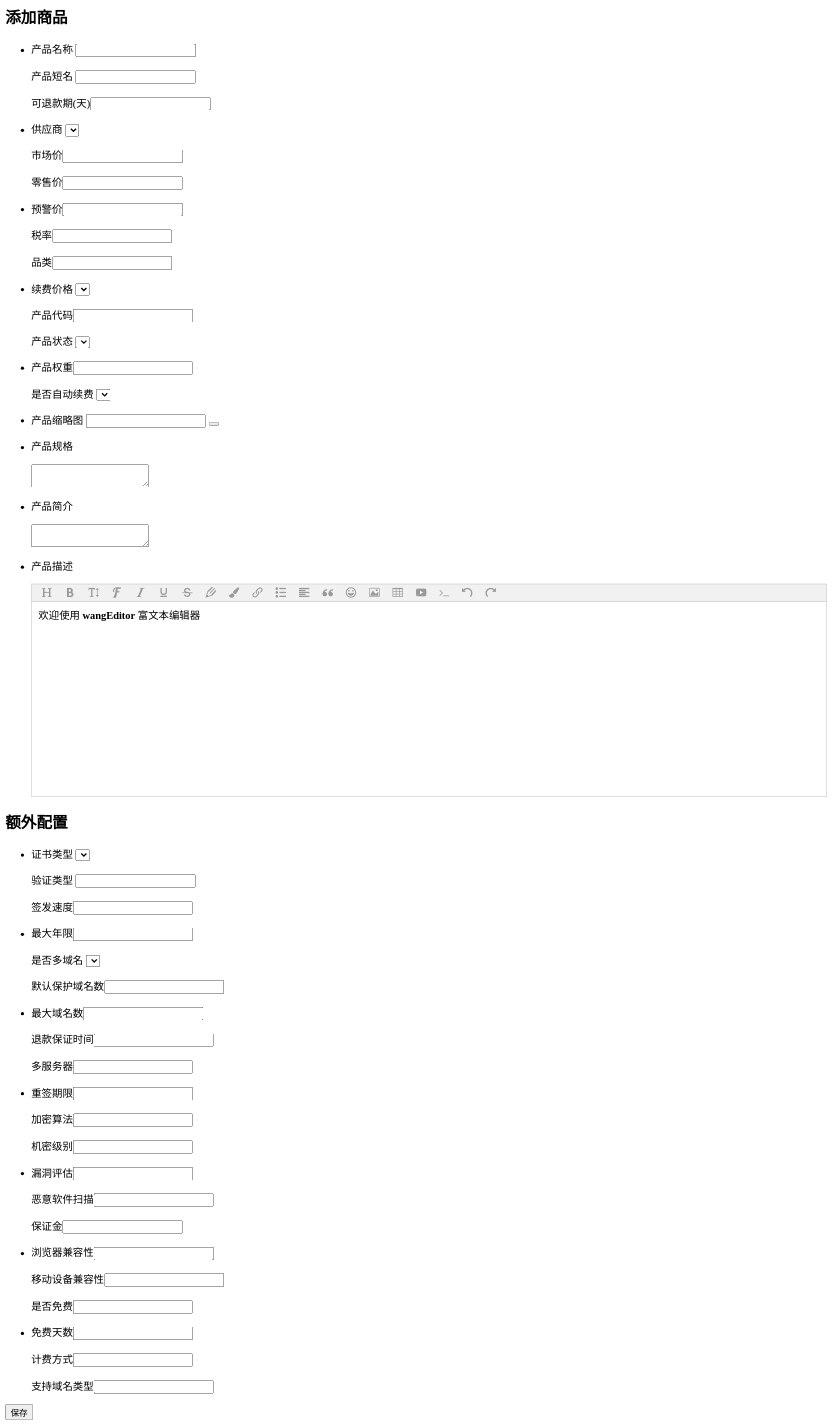
Repository: wangyan466393/racentSystem
Page: addProduct.html
These files come from the project's save history. The page is drawn as it stood at one moment and after the next save; the edit follows.
The browser window is 1280 px wide. The pictures show the whole page, at 65% of full size.

Above is the page before, as saved 2020-08-19 21:59:34.

### addProduct.html
<div id="content_box">
    <h2>添加商品</h2>
    <div class="config_box">
        <div class="price_content">
            <ul class="add_product_lists">
                <li>
                    <p>
                        <span>产品名称</span>
                        <input type="text" >
                    </p>
                    <p>
                        <span>产品短名</span>
                        <input type="text" >
                    </p>
                    <p>
                        <span>可退款期(天)</span><input type="number" >
                    </p>
                </li>
                <li>
                    <p>
                        <span>供应商</span>
                        <select name="" id="" class="sel">
                            <option value=""></option>
                        </select>
                    </p>
                    <p>
                        <span>市场价</span><input type="number" >
                    </p>
                    <p>
                        <span>零售价</span><input type="number" >
                    </p>
                </li>
                <li>
                    <p>
                        <span>预警价</span><input type="number" >
                    </p>
                    <p>
                        <span>税率</span><input type="number" >
                    </p>
                    <p>
                        <span>品类</span><input type="text" >
                    </p>
                </li>
                <li>
                    <p>
                        <span>续费价格</span>
                        <select name="" id="" class="sel">
                            <option value=""></option>
                        </select>
                    </p>
                    <p>
                        <span>产品代码</span><input type="text" >
                    </p>
                    <p>
                        <span>产品状态</span>
                        <select name="" id="" class="sel">
                            <option value=""></option>
                        </select>
                    </p>
                </li>
                <li>

                    <p>
                        <span>产品权重</span><input type="text">
                    </p>
                    <p>
                        <span>是否自动续费</span>
                        <select name="" id="" class="sel">
                            <option value=""></option>
                        </select>
                    </p>
                    <p><input type="hidden"></p>
                </li>
                <li>
                    <p class="thumb_box">
                        <span>产品缩略图</span>
                        <label class="input_group">
                            <input type="text" class="form-control">
                            <span class="input-group-btn">
                                <button type="button" class="btn"></button>
                            </span>
                        </label>
                    </p>
                </li>
                <li>
                    <p> <span>产品规格</span></p>
                    <textarea class="e_content description"></textarea>
                </li>
                <li>
                    <p> <span>产品简介</span></p>
                    <textarea class="e_content description"></textarea>

                </li>
                <li>
                    <p> <span>产品描述</span></p>
                    <div id="editor" style="width: 100%;">
                        <p>欢迎使用 <b>wangEditor</b> 富文本编辑器</p>
                    </div>

                </li>
            </ul>
        </div>
    </div>

    <h2>额外配置</h2>
    <div class="config_box">
        <div class="price_content">
            <ul class="add_product_lists">
                <li>
                    <p>
                        <span>证书类型</span>
                        <select name="" id="" class="sel">
                            <option value=""></option>
                        </select>
                    </p>
                    <p>
                        <span>验证类型</span>
                        <input type="text" >
                    </p>
                    <p>
                        <span>签发速度</span><input type="text" >
                    </p>
                </li>
                <li>

                    <p>
                        <span>最大年限</span><input type="text" >
                    </p>
                    <p>
                        <span>是否多域名</span>
                        <select name="" id="" class="sel">
                            <option value=""></option>
                        </select>
                    </p>
                    <p>
                        <span>默认保护域名数</span><input type="text" >
                    </p>
                </li>
                <li>
                    <p>
                        <span>最大域名数</span><input type="text" >
                    </p>
                    <p>
                        <span>退款保证时间</span><input type="text" >
                    </p>
                    <p>
                        <span>多服务器</span><input type="text" >
                    </p>
                </li>
                <li>
                    <p>
                        <span>重签期限</span><input type="text" >
                    </p>
                    <p>
                        <span>加密算法</span><input type="text" >
                    </p>
                    <p>
                        <span>机密级别</span><input type="text" >
                    </p>
                </li>
                <li>
                    <p>
                        <span>漏洞评估</span><input type="text" >
                    </p>
                    <p>
                        <span>恶意软件扫描</span><input type="text" >
                    </p>
                    <p>
                        <span>保证金</span><input type="text" >
                    </p>
                </li>
                <li>
                    <p>
                        <span>浏览器兼容性</span><input type="text" >
                    </p>
                    <p>
                        <span>移动设备兼容性</span><input type="text" >
                    </p>
                    <p>
                        <span>是否免费</span><input type="text" >
                    </p>
                </li>
                <li>
                    <p>
                        <span>免费天数</span><input type="text" >
                    </p>
                    <p>
                        <span>计费方式</span><input type="text" >
                    </p>
                    <p>
                        <span>支持域名类型</span><input type="text" >
                    </p>
                </li>
            </ul>
        </div>
    </div>
</div>
<div class="email_back_btn">
    <button type="button">保存</button>
</div>







<script src="js/wangEditor.min.js"></script>

<script>

    var E = window.wangEditor
    var editor = new E('#editor')
    // 或者 var editor = new E( document.getElementById('editor') )
    editor.customConfig.menus = [
        'head',  // 标题
        'bold',  // 粗体
        'fontSize',  // 字号
        'fontName',  // 字体
        'italic',  // 斜体
        'underline',  // 下划线
        'strikeThrough',  // 删除线
        'foreColor',  // 文字颜色
        'backColor',  // 背景颜色
        'link',  // 插入链接
        'list',  // 列表
        'justify',  // 对齐方式
        'quote',  // 引用
        'emoticon',  // 表情
        'image',  // 插入图片
        'table',  // 表格
        'video',  // 插入视频
        'code',  // 插入代码
        'undo',  // 撤销
        'redo'  // 重复
    ]
    editor.create()
</script>

Loaded but not shown: js/wangEditor.min.js (library)

After the next save:
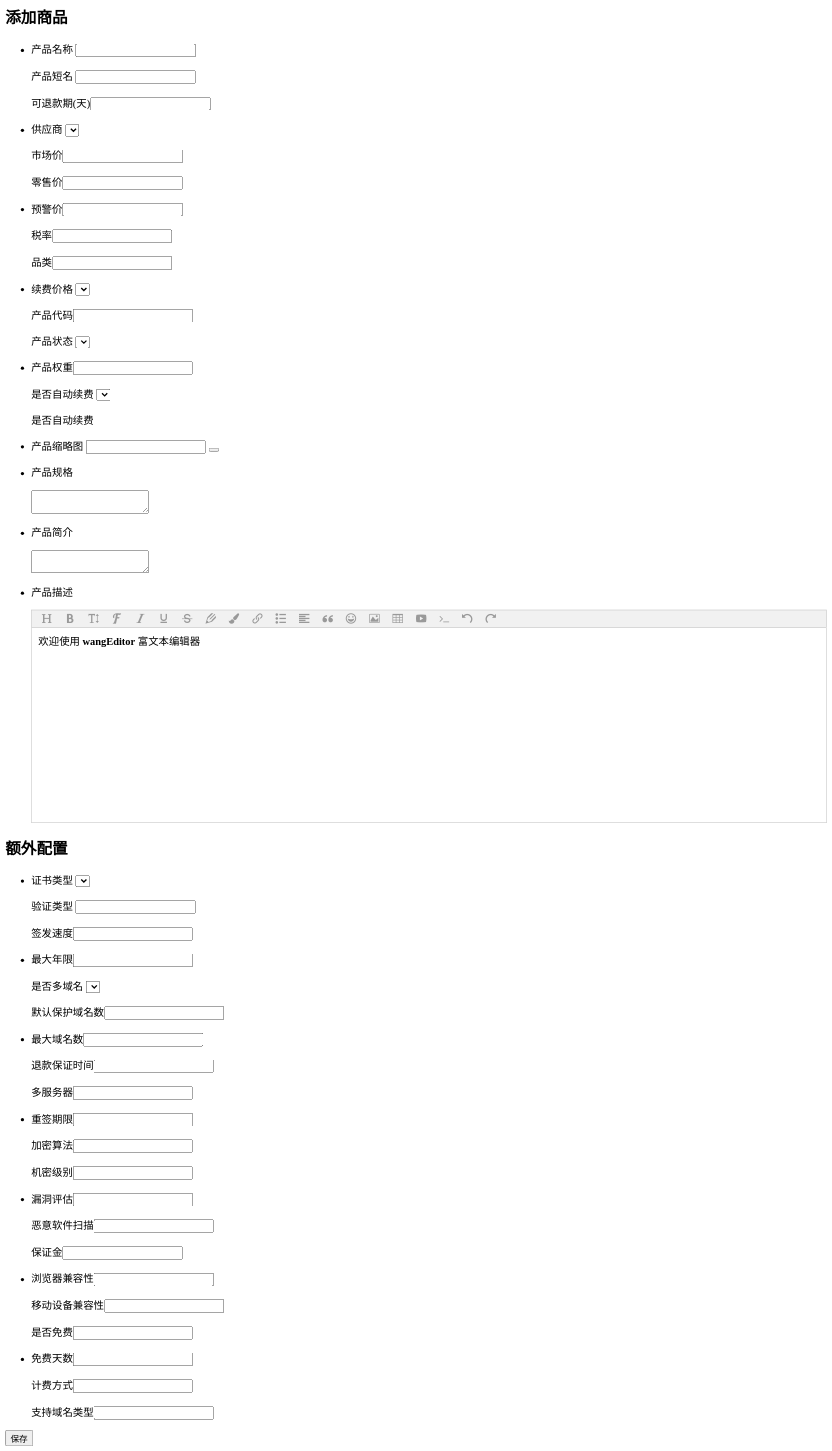
Saved 7 s later.
--- a/addProduct.html
+++ b/addProduct.html
@@ -69,7 +69,7 @@
                             <option value=""></option>
                         </select>
                     </p>
-                    <p><input type="hidden"></p>
+                    <p><span>是否自动续费</span><input type="hidden"></p>
                 </li>
                 <li>
                     <p class="thumb_box">

After the save that followed:
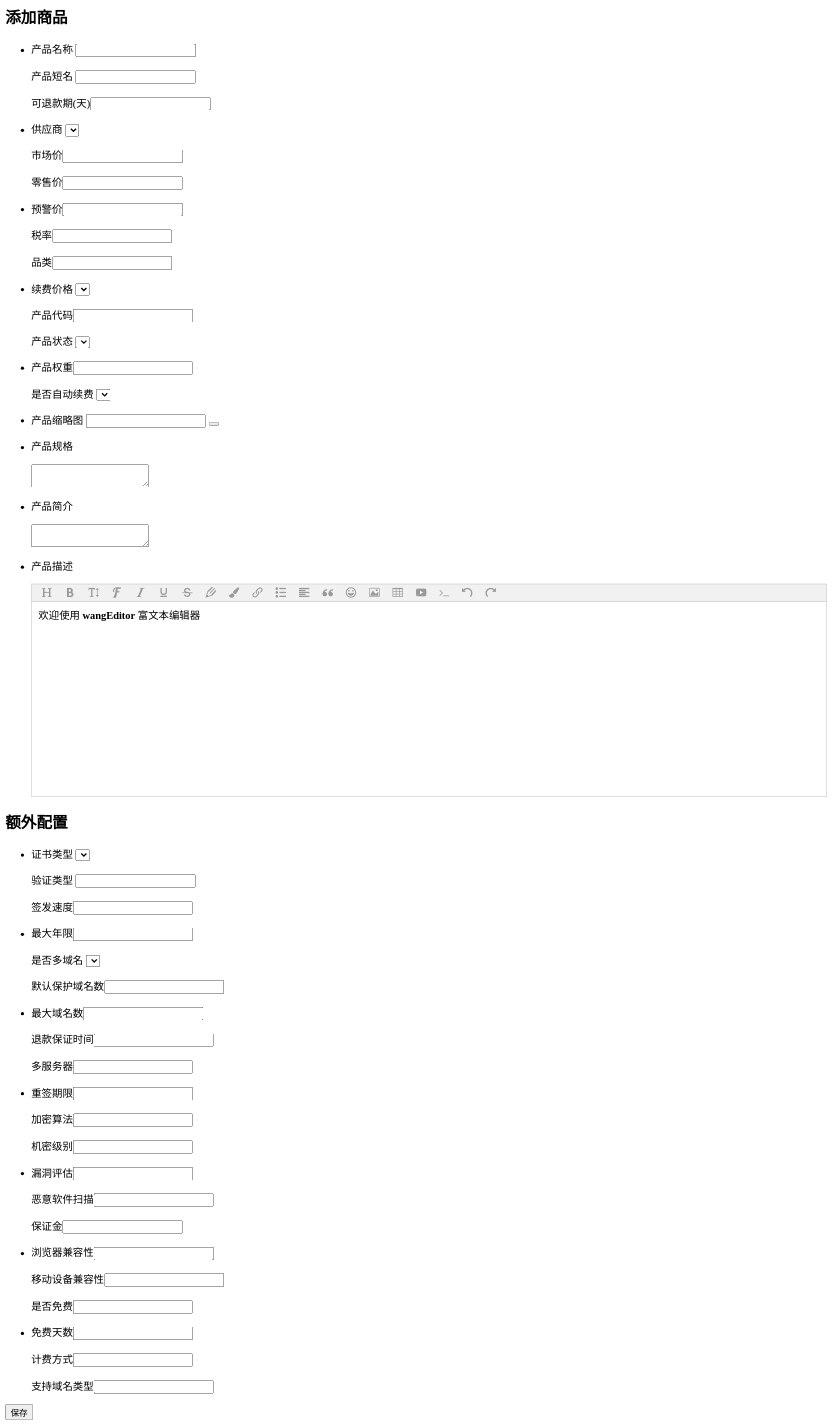
Saved 15 s later.
--- a/addProduct.html
+++ b/addProduct.html
@@ -69,7 +69,7 @@
                             <option value=""></option>
                         </select>
                     </p>
-                    <p><span>是否自动续费</span><input type="hidden"></p>
+                    <p></p>
                 </li>
                 <li>
                     <p class="thumb_box">
